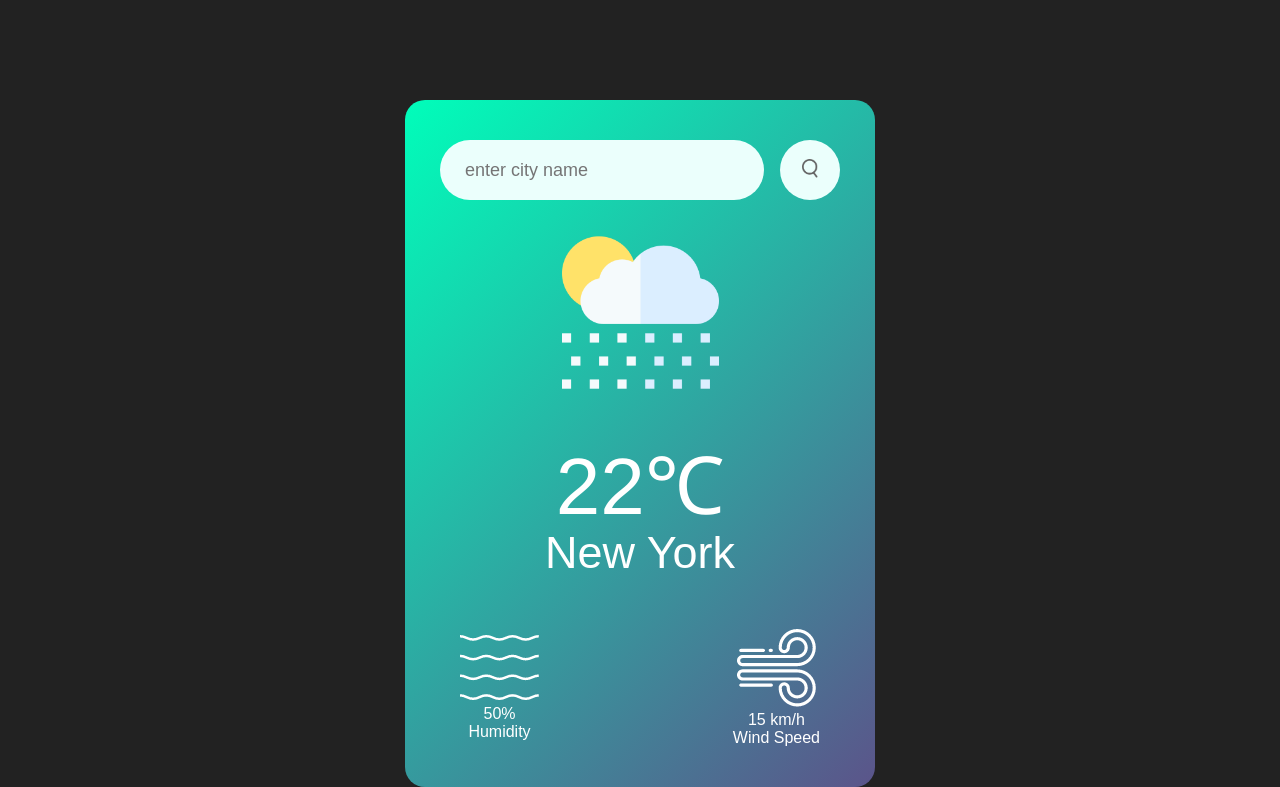
Repository: Alphosmart/weather
Page: index.html
These files come from the project's save history. The page is drawn as it stood at one moment and after the next save; the edit follows.
The browser window is 1280 px wide. The pictures show the whole page.

Above is the page before, as saved 2024-07-17 16:46:08.

### index.html
<!DOCTYPE html>
<html lang="en">
  <head>
    <meta charset="UTF-8" />
    <meta name="viewport" content="width=device-width, initial-scale=1.0" />
    <title>Weather App</title>
    <link rel="stylesheet" href="style.css" />
  </head>
  <body>
    <div class="card">
      <div class="search">
        <input type="text" placeholder="enter city name" spellcheck="false" />
        <button><img src="images/search.png" /></button>
      </div>
      <div class="weather">
        <img src="images/rain.png" class="weather-icon" />
        <h1 class="temp">22℃</h1>
        <h2 class="city">New York</h2>
        <div class="details">
          <div class="col">
            <img src="images/humidity.png" />
            <div>
              <p class="humidity">50%</p>
              <p>Humidity</p>
            </div>
          </div>
          <div class="col">
            <img src="images/wind.png" />
            <div>
              <p class="wind">15 km/h</p>
              <p>Wind Speed</p>
            </div>
          </div>
        </div>
      </div>
    </div>
  </body>
</html>

### style.css
* {
  margin: 0;
  padding: 0;
  font-family: 'poppins', sans-serif;
  box-sizing: border-box;
}

body {
  background-color: #222;
}

.card {
  width: 90%;
  max-width: 470px;
  background: linear-gradient(135deg, #00feba, #5b548a);
  color: #fff;
  margin: 100px auto 0;
  border-radius: 20px;
  padding: 40px 35px;
  text-align: center;
}

.search {
  width: 100%;
  display: flex;
  align-items: center;
  justify-content: space-around;
}

.search input {
  border: 0;
  outline: 0;
  background: #ebfffc;
  color: #555;
  padding: 10px 25px;
  height: 60px;
  border-radius: 30px;
  flex: 1;
  margin-right: 16px;
  font-size: 18px;
}

.search button {
  border: 0;
  outline: 0;
  background: #ebfffc;
  border-radius: 50%;
  width: 60px;
  height: 60px;
  cursor: pointer;
}

.search img {
  width: 16px;
}

.weather.icon {
  width: 170px;
  margin-top: 30px;
}

.weather h1 {
  font-size: 80px;
  font-weight: 500;
}

.weather h2 {
  font-size: 45px;
  font-weight: 400;
  margin-top: -10px;
}

.details {
  display: flex;
  align-items: center;
  justify-content: space-between;
  padding: 0 20px;
  margin-top: 50px;
}

After the next save:
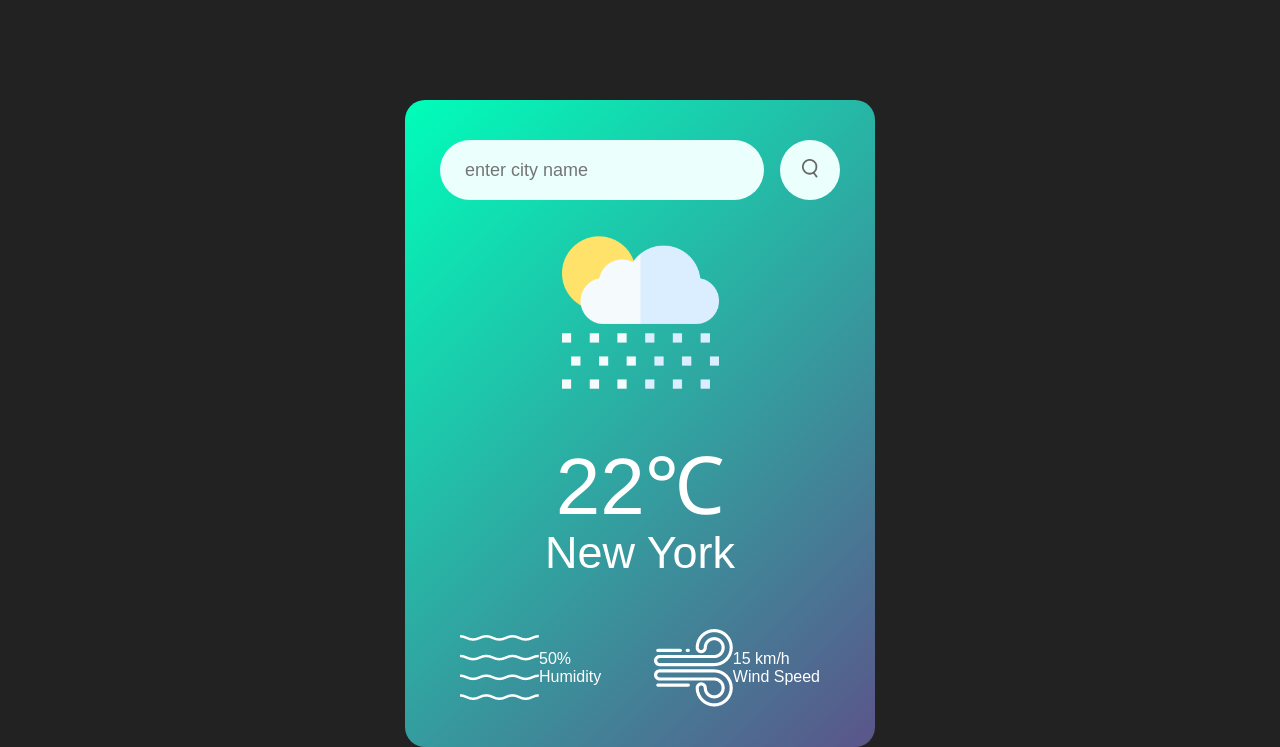
Saved 84 s later.
--- a/style.css
+++ b/style.css
@@ -77,3 +77,9 @@ body {
   padding: 0 20px;
   margin-top: 50px;
 }
+
+.col {
+  display: flex;
+  align-items: center;
+  text-align: left;
+}
